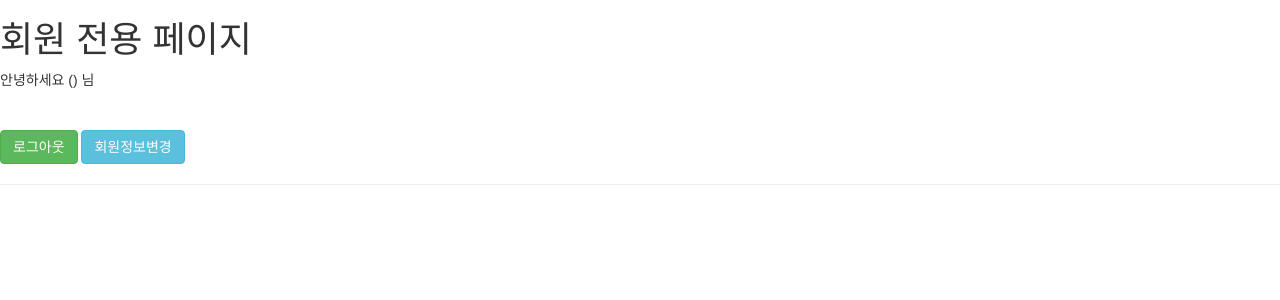
Repository: yjeongyjeong/jsp
Page: http://localhost/web-study-09-re/member/main.jsp
The author's editor kept a copy of each file at every save. The page is drawn from the files as they stood at one save, then again after the next save.
The browser window is 1280 px wide. The pictures show the whole page.
The page is served by Tomcat 9. Other server files are loaded and not shown.

Above is the page before, as saved 2023-10-16 05:50:39.

### web-study-09-re/src/main/webapp/member/main.jsp

<%@ page language="java" contentType="text/html; charset=UTF-8"
	pageEncoding="UTF-8"%>
<!DOCTYPE html>
<html>
<head>
<meta charset="UTF-8">
<meta charset="utf-8">
<meta name="viewport" content="width=device-width, initial-scale=1">
<link rel="stylesheet"
	href="https://maxcdn.bootstrapcdn.com/bootstrap/3.4.1/css/bootstrap.min.css">
<script
	src="https://ajax.googleapis.com/ajax/libs/jquery/3.6.4/jquery.min.js"></script>
<script
	src="https://maxcdn.bootstrapcdn.com/bootstrap/3.4.1/js/bootstrap.min.js"></script>
<script type="text/javascript" src="./script/member.js"></script>
<!-- . -> 이 폴더 빠져나가서 /들어가라고 -->

<title>Insert title here</title>
</head>
<body>
	<h1>회원 전용 페이지</h1>
	<form action="login.do" method="post" name="frm">

		안녕하세요 ${loginUser.name}(${loginUser.userid}) 님
		<!-- session.setAttribute("loginUser", vo); //loginUser는 섹션이라 브라우저 끄기 전까지 값이 기억됨, vo로 값을 받아와서 전부 출력됨(toString한대로..)
결과는 이렇게 출력됨 MemberVO(name=이소미, userid=somi, pwd=1234, email=somi@naver.com, phone=010-111-2222 , admin=0)
 -->
		<br><br><br>
		<button type="reset" class="btn btn-success">로그아웃</button>
		<button type="button" class="btn btn-info"
			onclick="location.href='join.do'">회원정보변경</button>
		<!-- 클릭 시 join.do로 가도록 함 -->
		<hr>
		<h3 style="color: red;">${message}</h3>



	</form>

</body>
</html>

### web-study-09-re/src/main/webapp/script/member.js
function loginCheck(){
/*근데 스페이스바 입력하면 데이터 넘어가게되므로 나중에 잘 막어줘야함 -> or조건으로 넣어봄ㅎㅎ 근데 이러면 스페이스바 여러번 하면 뚫리네 아나...
아스키 코드로 넣어야할가? 하나라도 있으면 안되도록..? 아니면 그냥 아스키로 안하고 하나라도 있으면 안되도록 해도 될거같기도 하고... => js에서 문자열 포함여부 확인 메서드 사용 document.frm.userid.includes(" ") 했는데 암것도 안나옴 아나..*/
	if(document.frm.userid.value.length == 0 || document.frm.userid.value == " "){
		/*frm(jsp파일에서 name으로 줌), userid id로 줌*/
		alert("아이디를 입력하세요.");
		frm.userid.focus();
		return false;
	}
	if(document.frm.pwd.value == "" || document.frm.pwd.value == " "){
		alert("암호를 입력하세요.");
		frm.pwd.focus();/*아무것도 주지 말라고*/
		return false;
	}

}

After the next save:
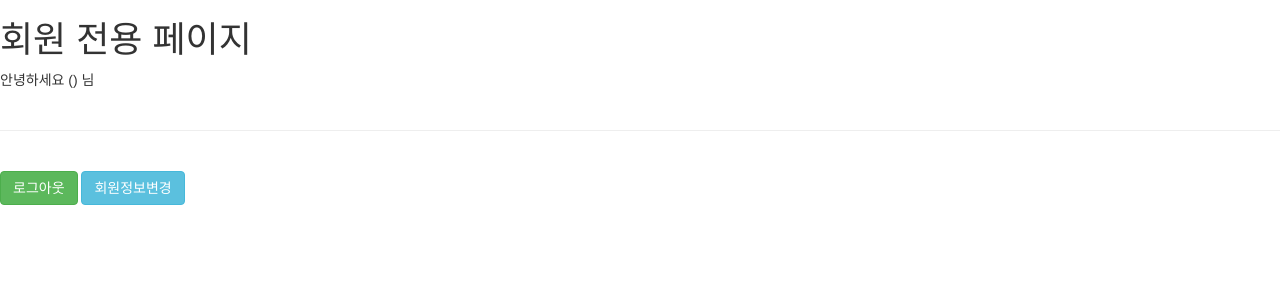
Saved 11 s later.
--- a/web-study-09-re/src/main/webapp/member/main.jsp
+++ b/web-study-09-re/src/main/webapp/member/main.jsp
@@ -26,15 +26,11 @@
 		<!-- session.setAttribute("loginUser", vo); //loginUser는 섹션이라 브라우저 끄기 전까지 값이 기억됨, vo로 값을 받아와서 전부 출력됨(toString한대로..)
 결과는 이렇게 출력됨 MemberVO(name=이소미, userid=somi, pwd=1234, email=somi@naver.com, phone=010-111-2222 , admin=0)
  -->
-		<br><br><br>
+		<br><br><hr><br>
 		<button type="reset" class="btn btn-success">로그아웃</button>
 		<button type="button" class="btn btn-info"
 			onclick="location.href='join.do'">회원정보변경</button>
 		<!-- 클릭 시 join.do로 가도록 함 -->
-		<hr>
-		<h3 style="color: red;">${message}</h3>
-
-
 
 	</form>
 
